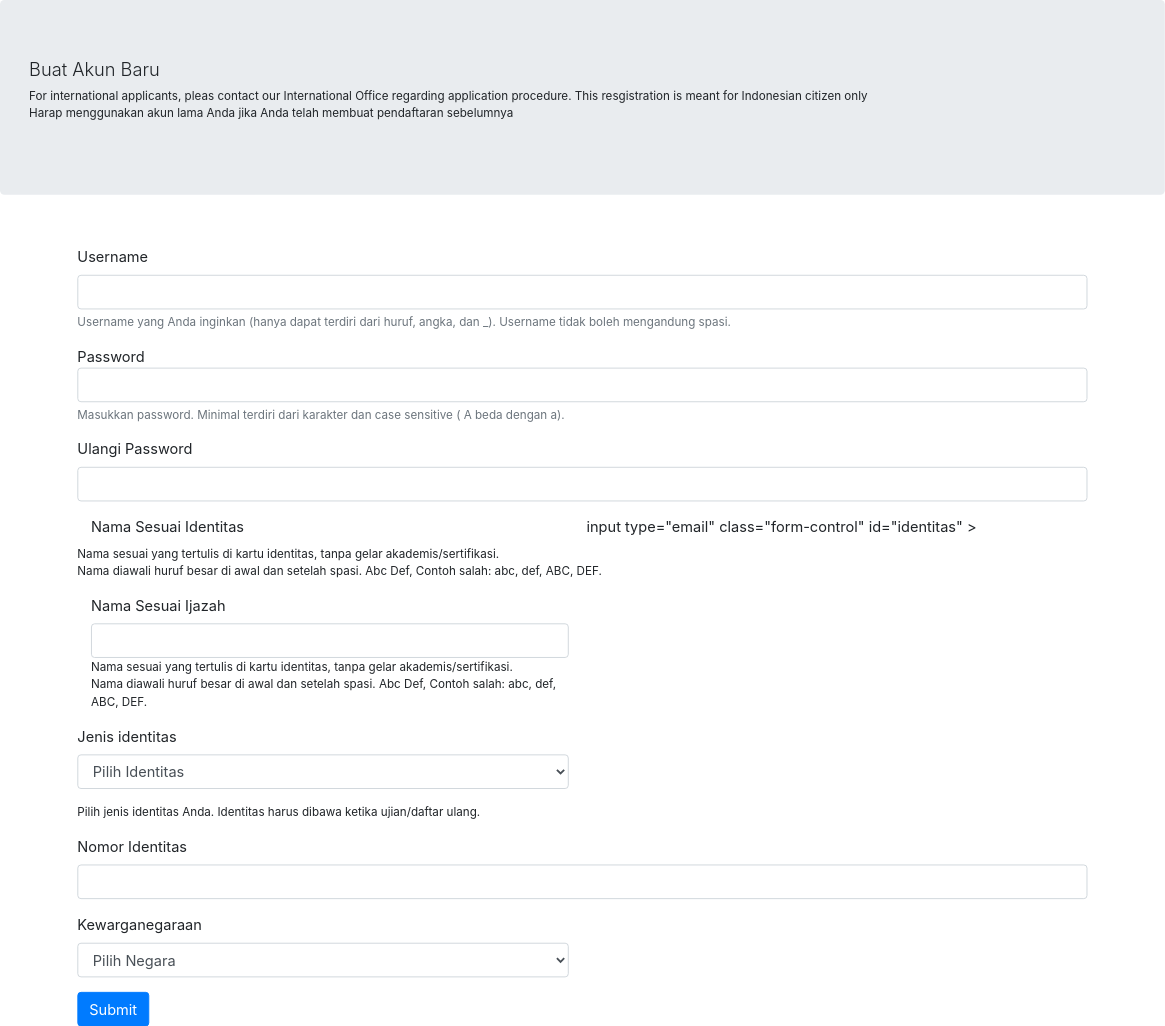
Repository: Irantsitumorang/projectRepo1
Page: BelajarJS/LatihanHTML/WebContent/regist.html
An editor plug-in stored every save of this project. The page is shown before and after the next save, followed by the edit.
The browser window is 1280 px wide. The pictures show the whole page, at 91% of full size.

Above is the page before, as saved 2021-06-25 07:03:46.

### BelajarJS/LatihanHTML/WebContent/regist.html
<!DOCTYPE html>
<html lang="en">

<head>

    <title> Validasi </title>
    <link rel="stylesheet" href="https://stackpath.bootstrapcdn.com/bootstrap/4.4.1/css/bootstrap.min.css" integrity="sha384-Vkoo8x4CGsO3+Hhxv8T/Q5PaXtkKtu6ug5TOeNV6gBiFeWPGFN9MuhOf23Q9Ifjh" crossorigin="anonymous">

</head>

<body>

    <div class="jumbotron">
        <h1 class="lead"> Buat Akun Baru </h1>
        <p class="small"> For international applicants, pleas contact our International Office regarding application procedure. This resgistration is meant for Indonesian citizen only <br> Harap menggunakan akun lama Anda jika Anda telah membuat pendaftaran sebelumnya
        </p>
    </div>
    <br>


    <div class="container">
        <form>

            <div class="form-group">
                <label for="exampleInputEmail1"> Username </label>
                <input type="text" class="form-control" id="username" aria-describedby="emailHelp">
                <small class="form-text text-muted"> Username
                        yang Anda inginkan (hanya dapat terdiri dari huruf,
                        angka, dan _). Username tidak boleh mengandung spasi.
                    </small>
            </div>

            <div class="form-group">
                <label"> Password </label>
                <input type="password" class="form-control" >
                <small class="form-text text-muted" id="password"> Masukkan
                        password. Minimal terdiri dari karakter dan case
                        sensitive ( A beda dengan a). </small>
            </div>

            <div class="form-group">
                <label> Ulangi Password </label>
                <input type="email" class="form-control" id="ulangi" >
            </div>

            <div class="form-group">
                	<label class="col-md-6"> Nama Sesuai Identitas </label>
                	input type="email" class="form-control" id="identitas" >
                	<p class="small"> Nama sesuai yang tertulis di kartu identitas, tanpa gelar akademis/sertifikasi. <br> Nama diawali huruf besar di awal dan setelah spasi. Abc Def, Contoh salah: abc, def, ABC, DEF. </p>
            </div>

            <div class="form-group">
            	<div class="col-md-6">
                	<label> Nama Sesuai Ijazah </label>
                	<input type="text" class="form-control" id="ijazah" >
                	<p class="small"> Nama sesuai yang tertulis di kartu identitas, tanpa gelar akademis/sertifikasi. <br> Nama diawali huruf besar di awal dan setelah spasi. Abc Def, Contoh salah: abc, def, ABC, DEF. </p>
            	</div>
            </div>

            <div class="row">
                <div class="col-md-6">
                    <div class="form-group" id="ji">
                        <label> Jenis identitas </label>
                        <Select class="form-control">
                                <option> Pilih Identitas </option>
                                <option> KTP </option>
                                <option> SIM </option>
                                <option> Passpord </option>
                                <option> Lainnya </option>
                            </select>
                    </div>
                    <p class="small"> Pilih jenis identitas Anda. Identitas harus dibawa ketika ujian/daftar ulang. </p>
                </div>
            </div>

            <div class="form-group">
                <label> Nomor Identitas </label>
                <input type="email" class="form-control" id="noidentitas" >
            </div>

            <div class="row">
                <div class="col-md-6">
                    <div class="form-group" id="negara">
                        <label> Kewarganegaraan </label>
                        <Select class="form-control">
                                <option> Pilih Negara </option>
                                <option> Republik Indonesia </option>
                                <option> Wakanda </option>
                                <option> Wkwk Land </option>
                                <option> Lainnya </option>
                            </select>
                    </div>
                </div>
            </div>

            <button type="submit" class="btn btn-primary">Submit</button> <br/>
        </form>

    </div>

</body>

<script type="text/javascript">
    // elemen input
    var Username = document.getElementById("Username");
    var Password = document.getElementById("Password");
    var usia = document.getElementById("usia");
    var gelar = document.getElementById("gelar");

    // red text
    var vNama = document.getElementById("vNama");
    var vAlamat = document.getElementById("vAlamat");
    var vUsia = document.getElementById("vUsia");
    var vGelar = document.getElementById("vGelar");

    // condition
    function validasi() {
        if (nama.value == "") {
            vNama.style.display = "block";
        } else {
            vNama.style.display = "none";
        }

        if (alamat.value == "") {
            vAlamat.style.display = "block";
        } else {
            vAlamat.style.display = "none";
        }

        if (usia.value == "") {
            vUsia.style.display = "block";
        } else {
            vUsia.style.display = "none";
        }

        if (gelar.value == "") {
            vGelar.style.display = "block";
        } else {
            vGelar.style.display = "none";
        }
    }
</script>

</html>

After the next save:
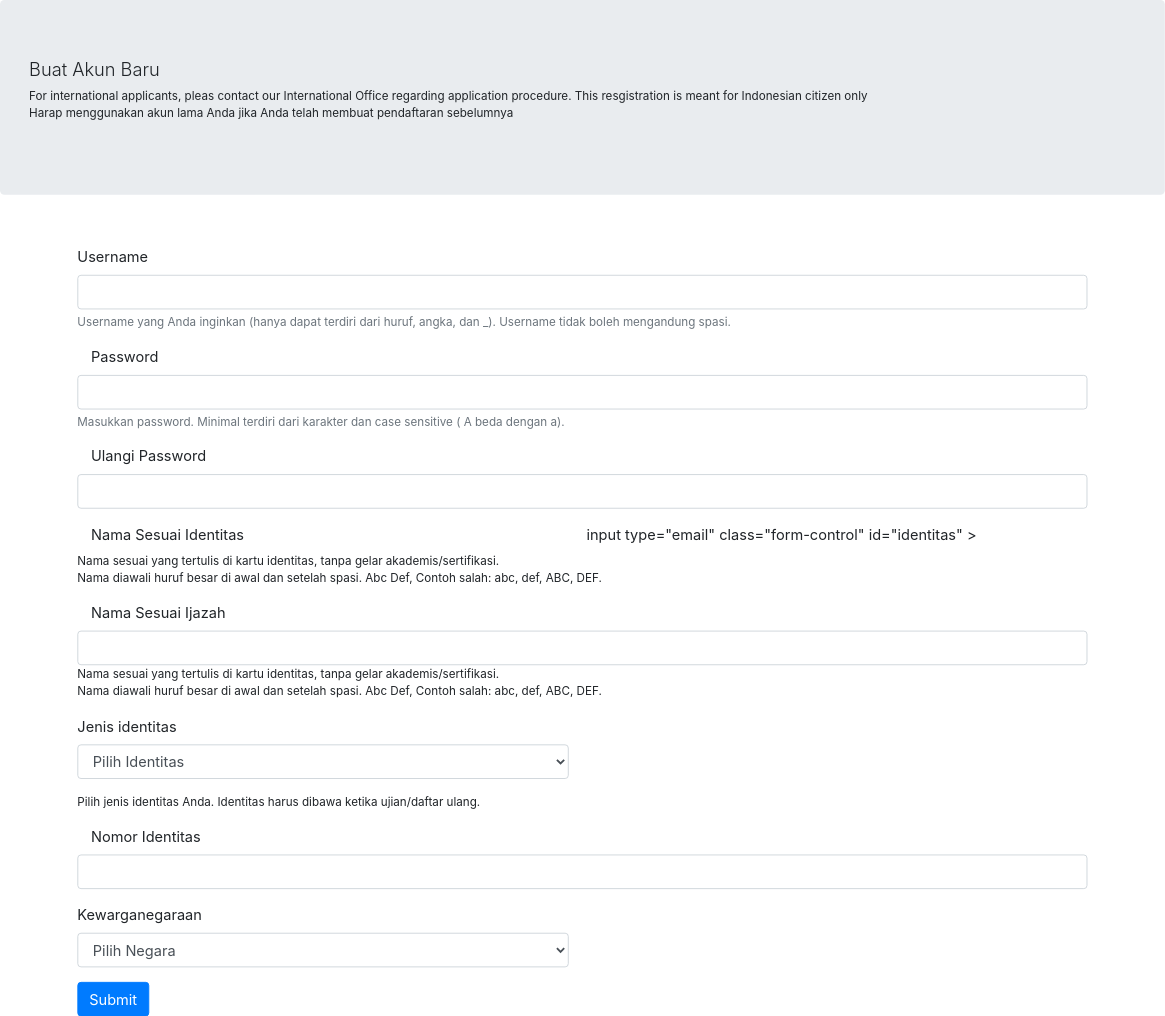
Saved 2 min 4 s later.
--- a/BelajarJS/LatihanHTML/WebContent/regist.html
+++ b/BelajarJS/LatihanHTML/WebContent/regist.html
@@ -31,7 +31,7 @@
             </div>
 
             <div class="form-group">
-                <label"> Password </label>
+                <label class="col-md-6"> Password </label>
                 <input type="password" class="form-control" >
                 <small class="form-text text-muted" id="password"> Masukkan
                         password. Minimal terdiri dari karakter dan case
@@ -39,7 +39,7 @@
             </div>
 
             <div class="form-group">
-                <label> Ulangi Password </label>
+                <label class="col-md-6"> Ulangi Password </label>
                 <input type="email" class="form-control" id="ulangi" >
             </div>
 
@@ -50,11 +50,9 @@
             </div>
 
             <div class="form-group">
-            	<div class="col-md-6">
-                	<label> Nama Sesuai Ijazah </label>
+                	<label class="col-md-6"> Nama Sesuai Ijazah </label>
                 	<input type="text" class="form-control" id="ijazah" >
                 	<p class="small"> Nama sesuai yang tertulis di kartu identitas, tanpa gelar akademis/sertifikasi. <br> Nama diawali huruf besar di awal dan setelah spasi. Abc Def, Contoh salah: abc, def, ABC, DEF. </p>
-            	</div>
             </div>
 
             <div class="row">
@@ -74,7 +72,7 @@
             </div>
 
             <div class="form-group">
-                <label> Nomor Identitas </label>
+                <label class="col-md-6"> Nomor Identitas </label>
                 <input type="email" class="form-control" id="noidentitas" >
             </div>
 
